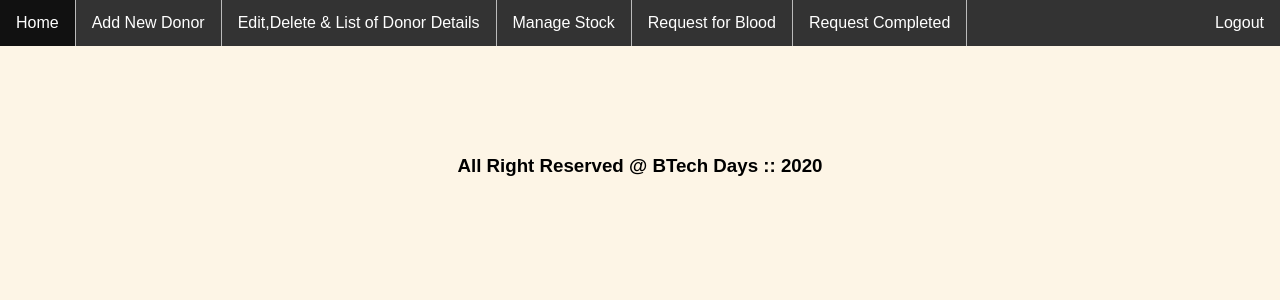
Repository: Tejas-2408/Blood-Bank-Management
Page: http://localhost/Blood_Bank_Management_System/requestCompleted.jsp
These files come from the project's save history. The page is drawn as it stood at one moment and after the next save; the edit follows.
The browser window is 1280 px wide. The pictures show the whole page.
The page is served by Tomcat 9. Other server files are loaded and not shown.

Above is the page before, as saved 2022-06-03 17:10:13.

### Blood Bank Management System/src/main/webapp/requestCompleted.jsp
<%@include file="header.html"%>
<html>
<head>
<style>
#customers {
  font-family: "Trebuchet MS", Arial, Helvetica, sans-serif;
  border-collapse: collapse;
  width: 95%;
}

#customers td, #customers th {
  border: 1px solid #ddd;
  padding: 8px;
}

#customers tr:nth-child(even){background-color: #f2f2f2;}

#customers tr:hover {background-color: #ddd;}

#customers th {
  padding-top: 12px;
  padding-bottom: 12px;
  text-align: left;
  background-color: #4CAF50;
  color: white;
}
</style>
</head>
<body>
<br>
<center>





</center>
<br>
<br>
<br>
<br>
<h3><center>All Right Reserved @ BTech Days :: 2020  </center></h3>
</body>
</html>

### Blood Bank Management System/src/main/webapp/header.html
<!DOCTYPE html>
<html>
<head>
 <link rel="stylesheet" href="style.css" type="text/css" media="screen">
<style>

ul {
  list-style-type: none;
  margin: 0;
  padding: 0;
  overflow: hidden;
  background-color: #333;
}

li {
  float: left;
  border-right:1px solid #bbb;
}

li:last-child {
  border-right: none;
}

li a {
  display: block;
  color: white;
  text-align: center;
  padding: 14px 16px;
  text-decoration: none;
}

li a:hover:not(.active) {
  background-color: #111;
}

.active {
  background-color: #4CAF50;
}
</style>
</head>
<body>

<ul>
  <li><a href="home.jsp">Home</a></li>
  <li><a href="addNewDonor.jsp">Add New Donor</a></li>
  <li><a href="editDeleteList.jsp">Edit,Delete & List of Donor Details</a></li>
    <li><a href="manageStock.jsp">Manage Stock</a></li>
  <li><a href="requestForBlood.jsp">Request for Blood</a></li>
  <li><a href="requestCompleted.jsp">Request Completed</a></li>
  <li style="float:right"><a href="adminLogin.jsp">Logout</a></li>
</ul>

</body>
</html>

### Blood Bank Management System/src/main/webapp/style.css
body{
background-color:#FDF5E6;
}
img{
width:100%;
height:500px;
}

.logo{
width:130px;
height:90px;
}
body {
  margin: 0;
  font-family: Arial;
}

.header {
  overflow: hidden;
  background-color:#B0C4DE;
  padding: 20px 10px;
}

.header a {
  float: left;
  color: white;
  text-align: center;
  padding: 12px;
  text-decoration: none;
  font-size: 18px;
  line-height: 25px;
  border-radius: 4px;
}

.header a.logo {
  font-size: 25px;
  font-weight: bold;
}


.header a.active {
  background-color: dodgerblue;
  color: white;
}

.header-right {
  float: right;
}

@media screen and (max-width: 500px) {
  .header a {
    float: none;
    display: block;
    text-align: left;
  }
  .header-right {
    float: none;
  }
}
.slide{
background-color:red;
}


textarea
{
    border: none;
    margin-left:100px;
	background:silver;
	width:100%;
    font-size: 16px;
	padding:15px;

}
.textdiv{
	margin-left:2.5%;
	margin-right:2.5%;
	width:100%;
}

iframe{

	height:50%;
	width:90%;
}


.button {
  border-radius: 4px;
  background-color: black;
  border: solid;
  color: #FFFFFF;
  text-align: center;
  font-size: 23px;
  padding: 5px;
  width: 120px;
  transition: all 0.5s;
  cursor: pointer;
  margin: 5px;
}

.button1 {
  border-radius: 4px;
  background-color: black;
  border: solid;
  border-radius:30px;
  border-color:silver;
  color: #FFFFFF;
  text-align: center;
  font-size: 23px;
  padding: 5px;
  width: 140px;
  transition: all 0.5s;
  cursor: pointer;
  margin: 5px;
  float:right;
}

button span {
  cursor: pointer;
  display: inline-block;
  position: relative;
  transition: 0.5s;
}

button span:after ,button1 span:after {
  content: '\00bb';
  position: absolute;
  opacity: 0;
  top: 0;
  right: -20px;
  transition: 0.5s;
}

button:hover span , button1:hover span {
  padding-right: 25px;
}

button:hover span:after , button1:hover span:after {
  opacity: 1;
  right: 0;
}



.p1{
	margin-left:6%;
	margin-right:6%;
	padding:15%;
	 border-left: 6px solid silver;
	 border-right: 6px solid silver;
	  border-top: 6px solid gray;
	 border-bottom: 6px solid gray;
	margin-bottom:2px;
	 background: rgba(0, 0, 0, 0.2);

}
.p2
{
	margin-left:6%;
	margin-right:6%;
	padding:9%;
	border:solid;
	border-left: 6px solid silver;
	 border-right: 6px solid silver;
	  border-top: 6px solid gray;
	 border-bottom: 6px solid gray;
	margin-bottom:18px;
	 background: rgba(0, 0, 0, 0.2);
}


.p3{

	color:white;
	margin-left:6%;
}


.m1{
	width:140px;
}

* {
    box-sizing: border-box;
}

body {
    margin: 0;
    font-family: Arial;
}

.header {
    text-align: center;
    padding: 32px;
}

.row {
    display: -ms-flexbox; /* IE10 */
    display: flex;
    -ms-flex-wrap: wrap; /* IE10 */
    flex-wrap: wrap;
    padding: 0 4px;

}
.row1 {
    display: -ms-flexbox; /* IE10 */
    display: flex;
    -ms-flex-wrap: wrap; /* IE10 */
    flex-wrap: wrap;
    padding: 0 4px;
	background-color:black;

}


/* Create four equal columns that sits next to each other */
.column {
    -ms-flex: 25%; /* IE10 */
    flex: 25%;
    max-width: 50%;
    padding: 0 4px;
}
.column1 {
    -ms-flex: 25%; /* IE10 */
    flex: 25%;
    max-width: 100%;
    padding: 0 4px;
}


.column img {
    margin-top: 8px;
    vertical-align: middle;
	height:300px;
	padding:30px;
}

/* Responsive layout - makes a two column-layout instead of four columns */
@media screen and (max-width: 800px) {
    .column {
        -ms-flex: 50%;
        flex: 50%;
        max-width: 50%;
    }
}

/* Responsive layout - makes the two columns stack on top of each other instead of next to each other */
@media screen and (max-width: 600px) {
    .column {
        -ms-flex: 100%;
        flex: 100%;
        max-width: 100%;
    }
}
p{
padding:10px;
}

.h1d{
color:white;
margin-left:5%;
}
.h1e{
color:white;
margin-left:28%;
}

After the next save:
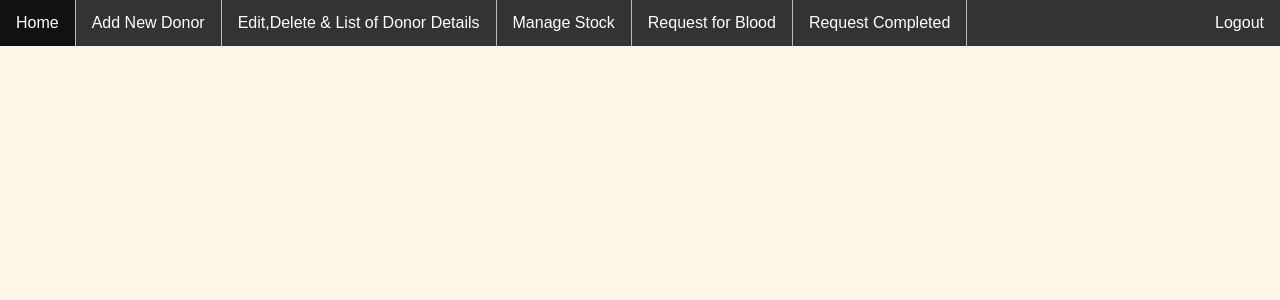
Saved 3 min 16 s later.
--- a/Blood Bank Management System/src/main/webapp/requestCompleted.jsp
+++ b/Blood Bank Management System/src/main/webapp/requestCompleted.jsp
@@ -1,4 +1,5 @@
 <%@include file="header.html"%>
+<%@page import="Project.ConnectionProvider, java.sql.*" %>
 <html>
 <head>
 <style>
@@ -39,6 +40,5 @@
 <br>
 <br>
 <br>
-<h3><center>All Right Reserved @ BTech Days :: 2020  </center></h3>
 </body>
 </html>
